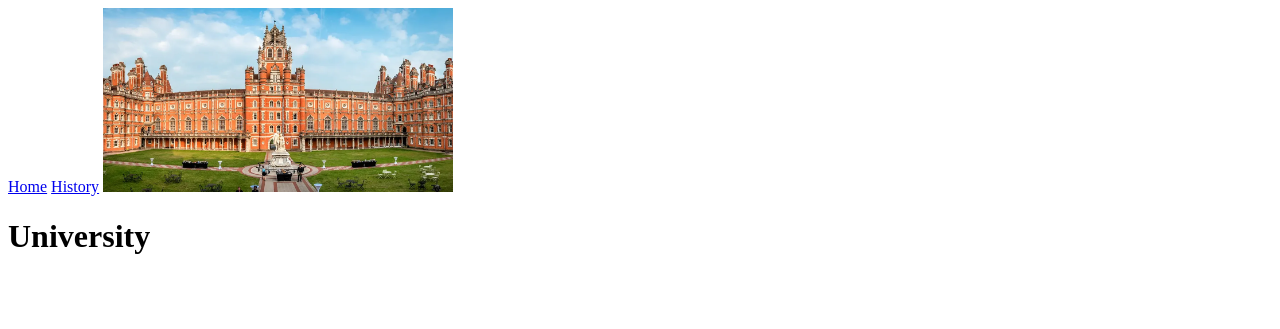
Repository: Haakim19/WebDevelopment
Page: Assignment/Index.html
An editor plug-in stored every save of this project. The page is shown before and after the next save, followed by the edit.
The browser window is 1280 px wide. The pictures show the whole page.

Above is the page before, as saved 2024-10-10 15:11:31.

### Assignment/Index.html
<!DOCTYPE html>
<html lang="en">
<head>
    <meta charset="UTF-8">
    <meta name="viewport" content="width=device-width, initial-scale=1.0">
    <title>Home</title>
</head>
<body>
    <a href="Index.html">Home</a>
    <a href="history.html">History</a>
    <img src="campus.webp" width="350px">
    <h1><font face="algerian">University</font></h1>
</body>
</html>

After the next save:
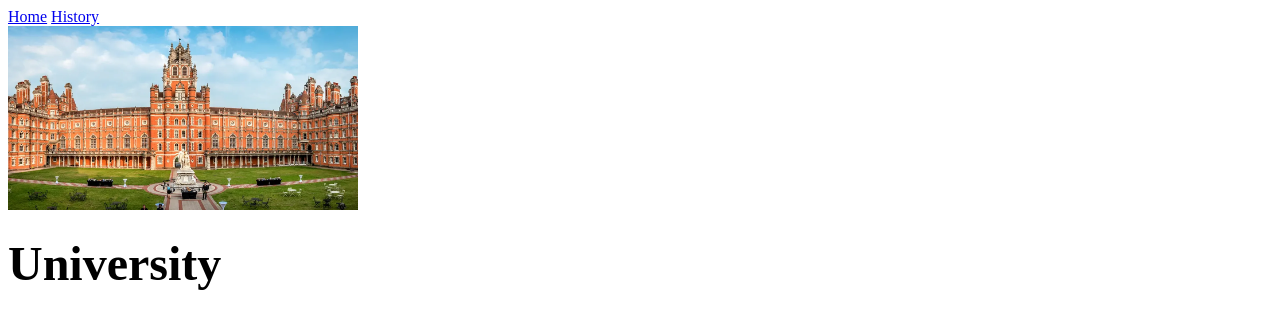
Saved 35 s later.
--- a/Assignment/Index.html
+++ b/Assignment/Index.html
@@ -8,7 +8,8 @@
 <body>
     <a href="Index.html">Home</a>
     <a href="history.html">History</a>
+    <center></center>
     <img src="campus.webp" width="350px">
-    <h1><font face="algerian">University</font></h1>
+    <h1><font face="algerian" size="10px">University</font></h1>
 </body>
 </html>
